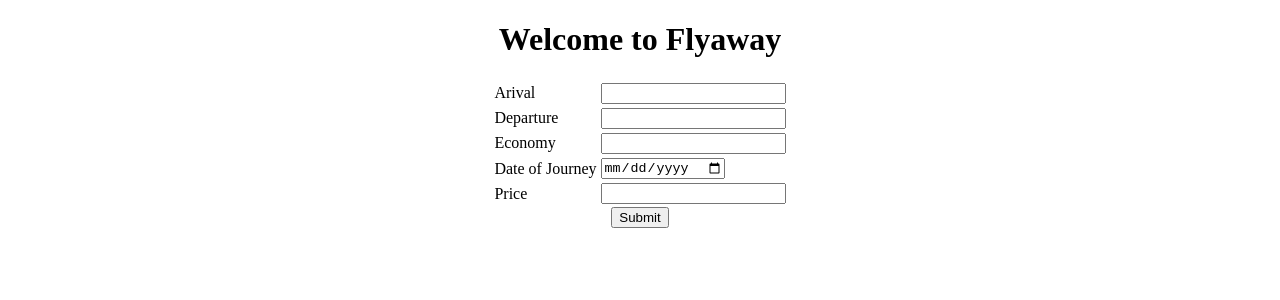
Repository: sahith-ginne/sahithginne_Phase2_NishaWaikar
Page: http://localhost/Flyaway/Home.jsp
An editor plug-in stored every save of this project. The page is shown before and after a run of saves, followed by the edit.
The browser window is 1280 px wide. The pictures show the whole page.
The page is served by Tomcat 9. Other server files are loaded and not shown. Queries for data that is not in the repository find no rows.

Above is the page before, as saved 2021-05-01 11:53:28.

### Flyaway/WebContent/Home.jsp
<%@page import="Flyawaydao.FlyawayDao"%>
<%@page import="Flyawaydao.FlyawayDaoImpl"%>
<%@page import ="Flyawaydto.Flyaway"%>
<%@page import ="java.util.Set"%>
<%@page language="java" contentType="text/html; charset=ISO-8859-1" pageEncoding="ISO-8859-1"%>
<!DOCTYPE html PUBLIC "-//W3C//DTD HTML 4.01 Transitional//EN" "http://www.w3.org/TR/html4/loose.dtd">
<html>
<head>
<meta http-equiv="Content-Type" content="text/html; charset=ISO-8859-1">
<title>Insert title here</title>
</head>
<body>
 <div align="center">
  <h1>Welcome to Flyaway</h1>

  <form action="<%= request.getContextPath() %>/Flyawayservlet" method="post">
   <table style="with: 80%">
    <%
FlyawayDao flyawayDao = new FlyawayDaoImpl();

Set<Flyaway> flyawayData = flyawayDao.getAllFlyaway();




		 %>
		<%
		 for(Flyaway rs:flyawayData) {
			 %>
    <tr>
     <td>Airlines</td>
     <td><input type="text" name="Airlines" ></input></td>
    </tr>
    <%
    }
		%>
    <tr>
     <td>Arival</td>
     <td><input type="text" name="Arival" /></td>
    </tr>
    <tr>
     <td>Departure</td>
     <td><input type="text" name="Departure"/></td>
    </tr>
    <tr>
     <td>Economy</td>
     <td><input type="text" name="Economy"  /></td>
    </tr>
    <tr>
    <td>Date of Journey</td>
   <td><input type ="date" id="date" name="date"/></td>
   </tr>
    <tr>
     <td>Price</td>
     <td><input type="int" name="Price"/></td>
    </tr>
   </table>
   <input type="submit" value="Submit" />

  </form>

 </div>
</body>
</html>

### Flyaway/src/Flyawaydao/FlyawayDaoImpl.java
package Flyawaydao;

import java.sql.Connection;
import java.sql.DriverManager;
import java.sql.PreparedStatement;
import java.sql.ResultSet;
import java.sql.SQLException;
import java.sql.Statement;
import java.util.HashSet;
import java.util.Set;

import Flyawaydto.Flyaway;
import Databaseconnection.ConnectionManager;
import Databaseconnection.ConnectionManagerImpl;

public class FlyawayDaoImpl implements FlyawayDao{
	private Connection connection;

	public FlyawayDaoImpl() {
		connection = new ConnectionManagerImpl().getConnection();
	}

	@Override
	public boolean addFlyaway(Flyaway flyaway) {
		// TODO Auto-generated method stub
		return false;
	}

	@Override
	public boolean updateFlyaway(String Airlines, String Arival, String Departure) {
		// TODO Auto-generated method stub
		return false;
	}

	@Override
	public boolean deleteFlyaway(String Airlines, String Arival, String Departure) {
		// TODO Auto-generated method stub
		return false;
	}

	@Override
	public boolean searchFlyaway(Flyaway flyaway) {
		boolean IsFlyawayInserted= false;
		String Airlines = flyaway.getAirlines();
		String Arival = flyaway.getArival();
		String Departure = flyaway.getDeparture();
		String Economy = flyaway.getEconomy();
		int Price = flyaway.getPrice();
		return IsFlyawayInserted;

	}

	@Override
	public Set<Flyaway> getAllFlyaway() {
		Set<Flyaway> flyaway = new HashSet<>();
		String sql = "select * from flights";
		try {
			Statement statement = connection.createStatement();
			ResultSet resultSet = statement.executeQuery(sql);
			while(resultSet.next()) {

				String Airlines = resultSet.getString(1);
				String Arival = resultSet.getString(2);
				String Departure = resultSet.getString(3);
				String Economy = resultSet.getString(4);
				int Price = resultSet.getInt(5);
				Flyaway flyaway2 = new Flyaway(Airlines, Arival, Departure, Economy, Price);
				flyaway.add(flyaway2);
			}


	} catch (SQLException e) {
		e.printStackTrace();

		}
		System.out.println(flyaway.toString());
		return flyaway;
	}

	@Override
	public Flyaway searchFlyaway() {
		return null;
		// TODO Auto-generated method stub

	}



	 public static void main(String[] args) {
		FlyawayDaoImpl obj = new FlyawayDaoImpl();
	obj.getAllFlyaway();
	}
	    }

### Flyaway/src/Databaseconnection/ConnectionManager.java
package Databaseconnection;

import java.sql.Connection;

public interface ConnectionManager {
	public Connection getConnection();

}

### Flyaway/src/Databaseconnection/ConnectionManagerImpl.java
package Databaseconnection;

import java.sql.Connection;
import java.sql.DriverManager;
import java.sql.SQLException;

public class ConnectionManagerImpl implements ConnectionManager{

	@Override
	public Connection getConnection() {
		Connection connection = null;
		try {
			Class.forName("com.mysql.cj.jdbc.Driver");
			connection = DriverManager.getConnection("jdbc:mysql://localhost:3306/flyawaydb", "root", "sahith");
		} catch (ClassNotFoundException | SQLException e) {
			e.printStackTrace();
		}
		return connection;
	}


}

After the next 2 saves:
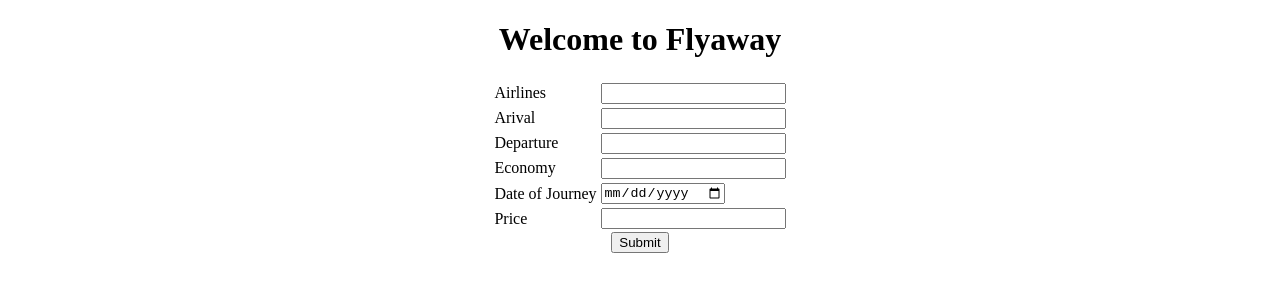
The 2 saves are shown as one change because 1 did not build or start.
The last was saved 88 s later.
--- a/Flyaway/WebContent/Home.jsp
+++ b/Flyaway/WebContent/Home.jsp
@@ -24,16 +24,12 @@ Set<Flyaway> flyawayData = flyawayDao.getAllFlyaway();
 
 
 		 %>
-		<%
-		 for(Flyaway rs:flyawayData) {
-			 %>
+
     <tr>
      <td>Airlines</td>
      <td><input type="text" name="Airlines" ></input></td>
     </tr>
-    <%
-    }
-		%>
+
     <tr>
      <td>Arival</td>
      <td><input type="text" name="Arival" /></td>
